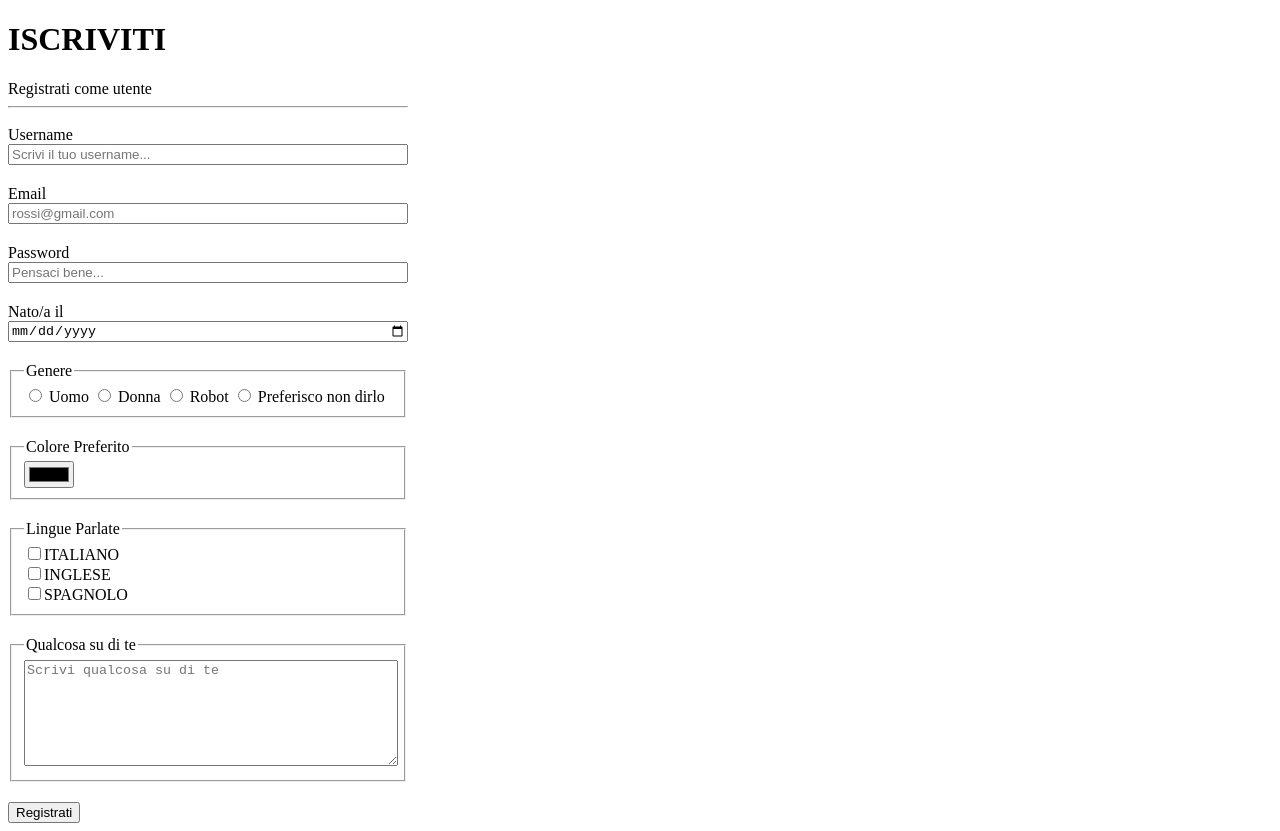
Repository: CryptoFamilyNFT/develhope
Page: html/form.html
These files come from the project's save history. The page is drawn as it stood at one moment and after the next save; the edit follows.
The browser window is 1280 px wide. The pictures show the whole page.

Above is the page before, as saved 2024-11-06 16:32:36.

After the next save:
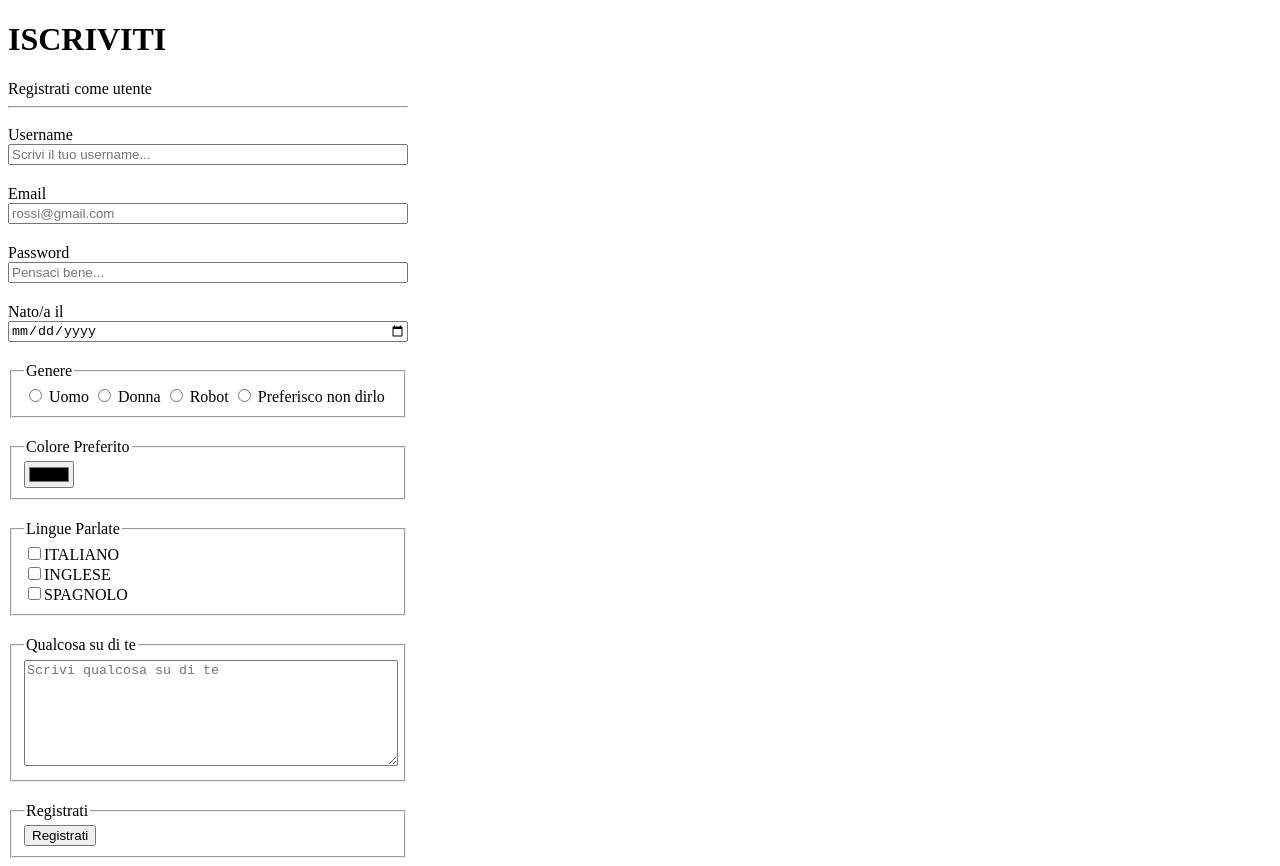
Saved 67 s later.
--- a/html/form.html
+++ b/html/form.html
@@ -131,9 +131,12 @@
           <legend>Qualcosa su di te</legend>
           <textarea cols="30" id="about" name="about" style="min-width: 100%; max-width: 350px; min-height: 100px; max-height: 200èx;" placeholder="Scrivi qualcosa su di te"></textarea>
         </fieldset>
+        <fieldset>
+            <legend>Registrati</legend>
         <div>
             <button type="submit">Registrati</button>
         </div>
+    </fieldset>
       </div>
     </form>
   </body>
